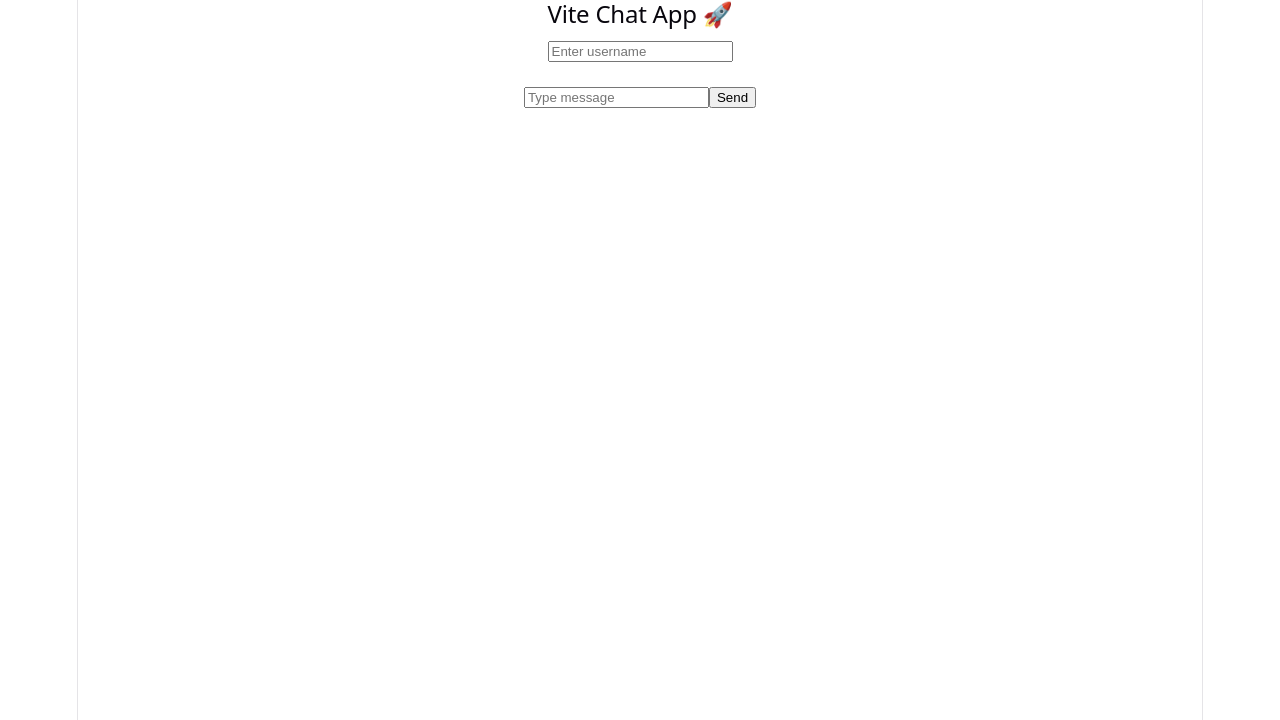
Repository: harshhariyani404/chat-app
Page: / (app in client/)
These files come from the project's save history. The page is drawn as it stood at one moment and after the next save; the edit follows.
The browser window is 1280 px wide. The pictures show the whole page.
The page's requests for data from a server got no answer. The project was rebuilt for these pictures with package versions that can differ from the ones it lists, and the page was loaded fresh each time. No one was signed in, and anything a server would have sent is missing. Also part of the build but not shown: client/vite.config.js, client/src/components/Message.jsx.

Above is the page before, as saved 2026-03-18 17:02:45.

After the next save:
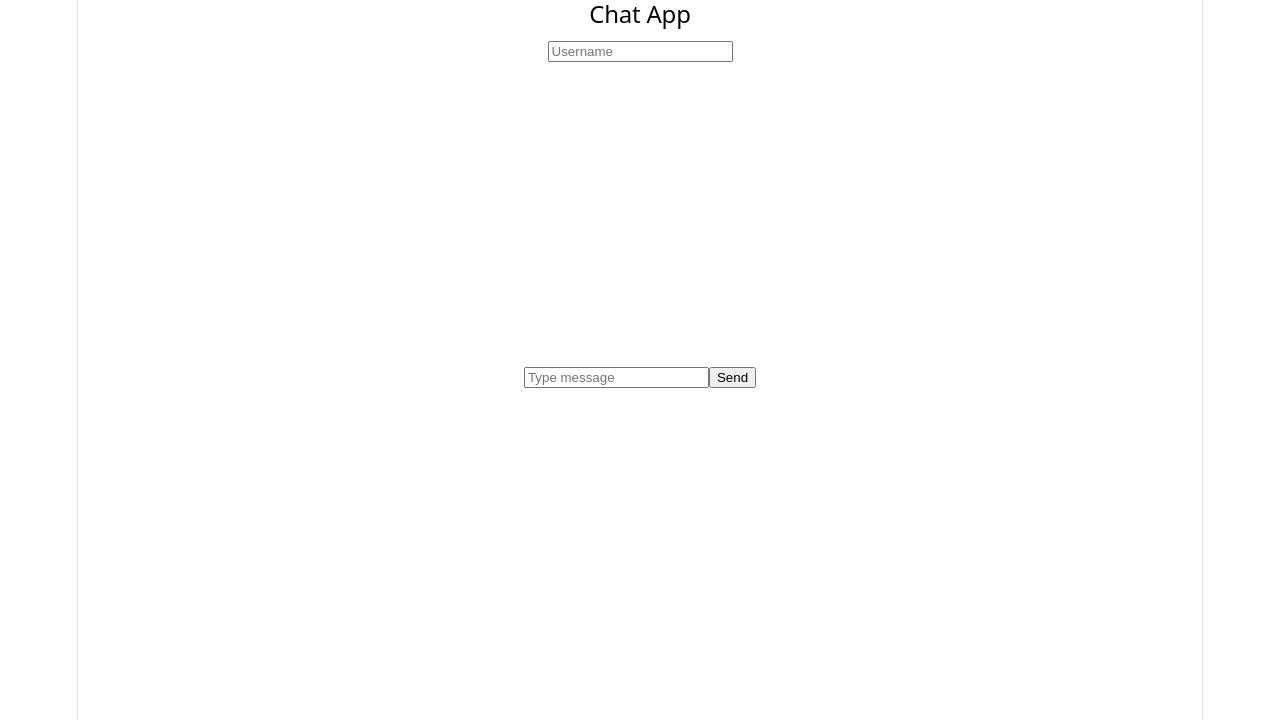
Saved 24 s later.
--- a/client/src/App.jsx
+++ b/client/src/App.jsx
@@ -1,62 +1,10 @@
-import { useEffect, useState } from "react";
-import io from "socket.io-client";
+import React from 'react';
+import Chat from './components/Chat';
 
-const socket = io("http://localhost:5000");
-
-function App() {
-  const [username, setUsername] = useState("");
-  const [message, setMessage] = useState("");
-  const [messageList, setMessageList] = useState([]);
-
-  const sendMessage = () => {
-    if (message !== "" && username !== "") {
-      const messageData = {
-        user: username,
-        message: message,
-        time: new Date().toLocaleTimeString(),
-      };
-
-      socket.emit("send_message", messageData);
-      setMessage("");
-    }
-  };
-
-  useEffect(() => {
-    socket.on("chat_history", (data) => {
-      setMessageList(data);
-    });
-
-    socket.on("receive_message", (data) => {
-      setMessageList((list) => [...list, data]);
-    });
-  }, []);
-
+const App = () => {
   return (
-    <div style={{ textAlign: "center" }}>
-      <h2>Vite Chat App 🚀</h2>
-
-      <input
-        placeholder="Enter username"
-        onChange={(e) => setUsername(e.target.value)}
-      />
-
-      <div style={{ margin: "20px" }}>
-        {messageList.map((msg, index) => (
-          <div key={index}>
-            <strong>{msg.user}</strong>: {msg.message}
-            <br />
-            <small>{msg.time}</small>
-          </div>
-        ))}
-      </div>
-
-      <input
-        value={message}
-        placeholder="Type message"
-        onChange={(e) => setMessage(e.target.value)}
-      />
-
-      <button onClick={sendMessage}>Send</button>
+    <div>
+      <Chat/>
     </div>
   );
 }
